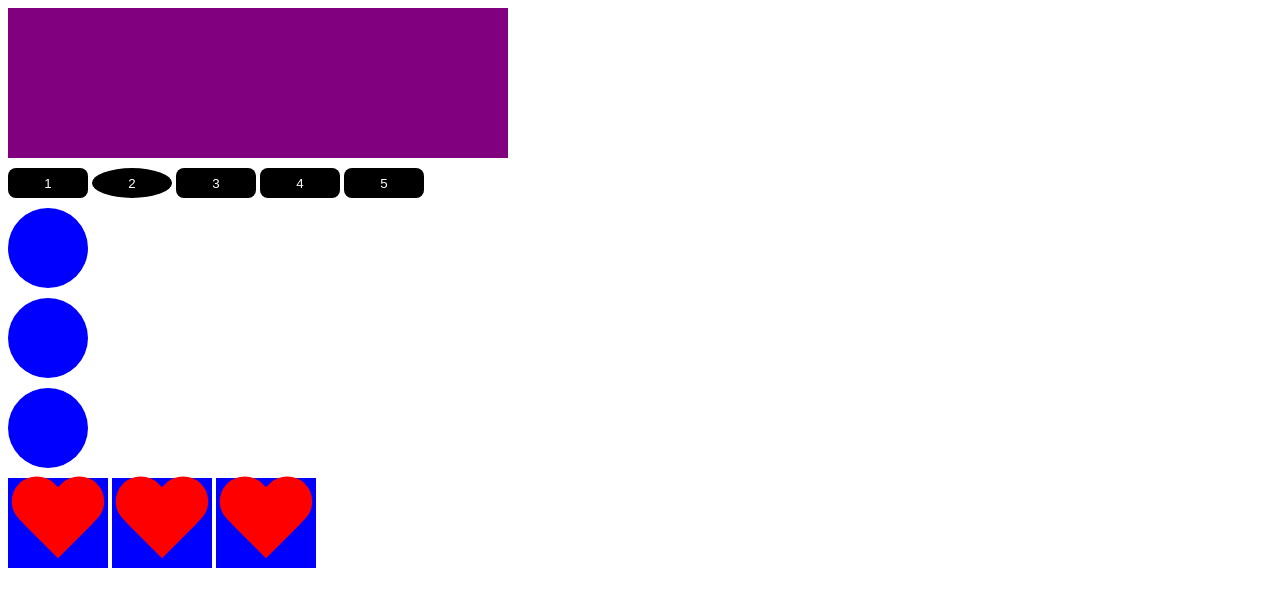
Repository: armus503/First_homework
Page: index2.html
These files come from the project's save history. The page is drawn as it stood at one moment and after the next save; the edit follows.
The browser window is 1280 px wide. The pictures show the whole page.

Above is the page before, as saved 2021-08-26 10:34:00.

After the next save:
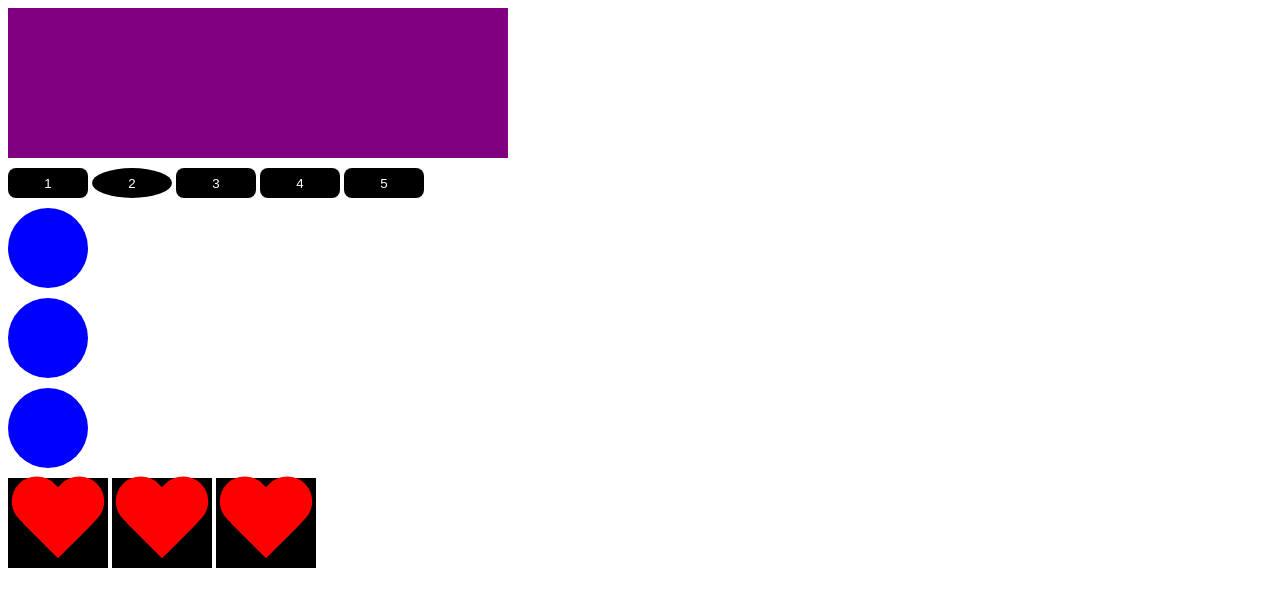
Saved 18 s later.
--- a/script2.js
+++ b/script2.js
@@ -27,5 +27,5 @@ box.style.cssText = 'background-color: purple; width: 500px'; //стили за
 }*/
 
 hearts.forEach(item => {
-    item.style.backgroundColor = 'blue';
+    item.style.backgroundColor = 'black';
 });
